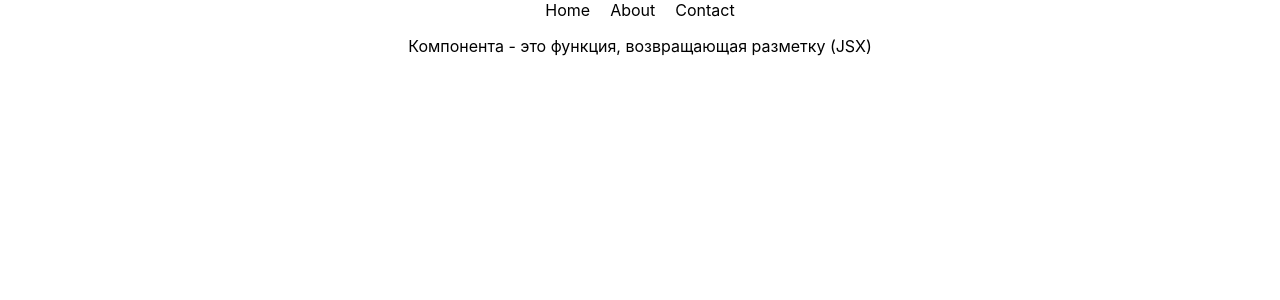
Repository: VladimirSolovyov/React
Page: /
These files come from the project's save history. The page is drawn as it stood at one moment and after the next save; the edit follows.
The browser window is 1280 px wide. The pictures show the whole page.
The project was rebuilt for these pictures with package versions that can differ from the ones it lists, and the page was loaded fresh each time.

Above is the page before, as saved 2020-03-12 11:43:13.

### src/App.js
import React from 'react';
import './App.css';

const App = () => {
  return (
    <div className="App">
      <Header />

      <div>
        <p>Компонента - это функция, возвращающая разметку (JSX)</p>
      </div>
    </div>
  );
}

const Header = () => {
  return (
    <div>
      <nav className="Header-menu">
        <a>Home</a>
        <a>About</a>
        <a>Contact</a>
      </nav>
    </div>
  );
}

const Technologies = () => {
  return (
        <div>
          <ul>
            <li>Css</li>
            <li>Html</li>
            <li>Javascript</li>
            <li>React</li>
          </ul>
        </div>
  );
}

export default App;

### src/App.css
.App {
  text-align: center;
}

.App-logo {
  height: 40vmin;
  pointer-events: none;
}

@media (prefers-reduced-motion: no-preference) {
  .App-logo {
    animation: App-logo-spin infinite 20s linear;
  }
}

.App-header {
  background-color: #282c34;
  min-height: 100vh;
  display: flex;
  flex-direction: column;
  align-items: center;
  justify-content: center;
  font-size: calc(10px + 2vmin);
  color: white;
}

.App-link {
  color: #61dafb;
}

@keyframes App-logo-spin {
  from {
    transform: rotate(0deg);
  }
  to {
    transform: rotate(360deg);
  }
}

ul li {
  list-style-type:none;
}

.Header-menu a{
  padding: 10px;
}

.Header-menu a:hover{
  padding: 10px;
  color:red;
  cursor: pointer;
}

Loaded but not shown: public/index.html (common file); src/index.js (common file); src/index.css (common file); src/serviceWorker.js (common file)

After the next save:
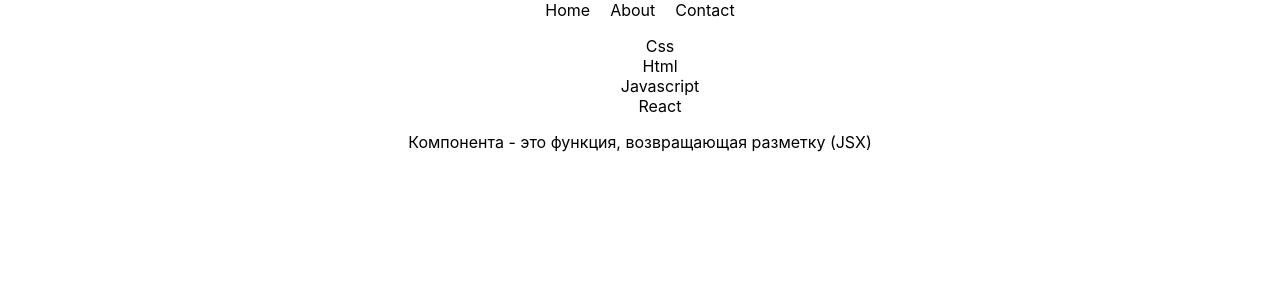
Saved 13 s later.
--- a/src/App.js
+++ b/src/App.js
@@ -5,7 +5,7 @@ const App = () => {
   return (
     <div className="App">
       <Header />
-
+      <Technologies />
       <div>
         <p>Компонента - это функция, возвращающая разметку (JSX)</p>
       </div>
